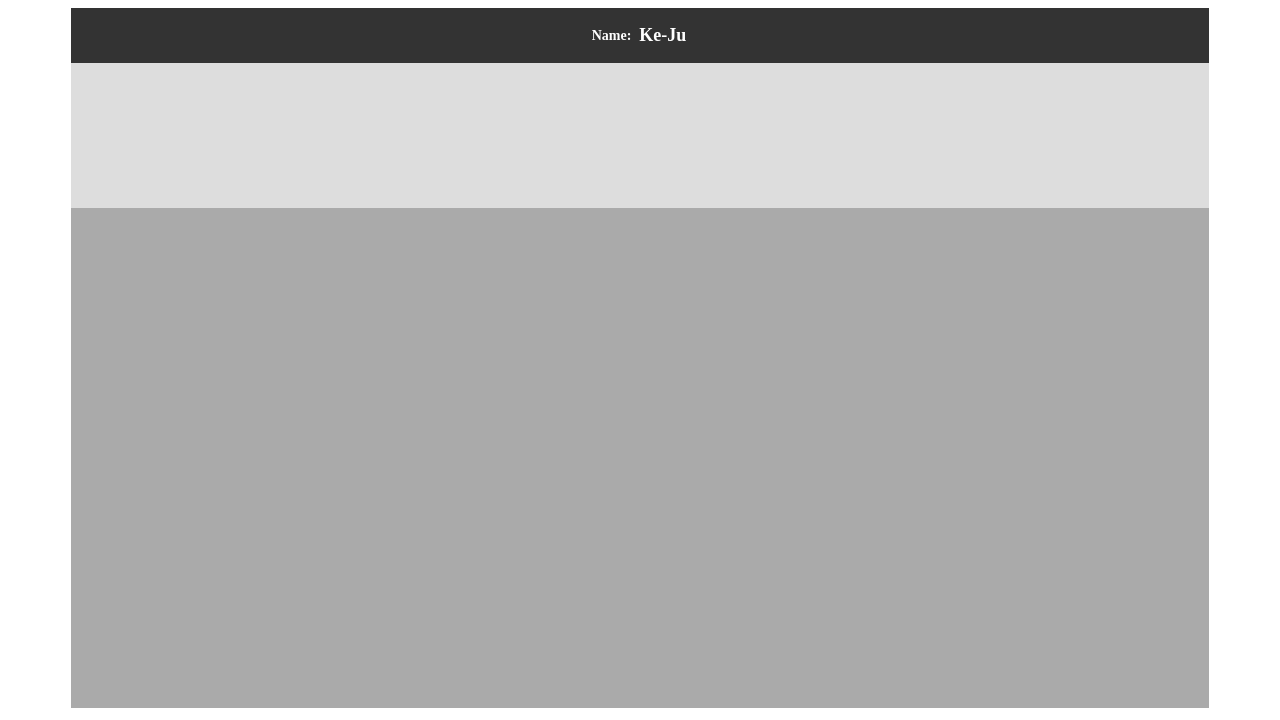
Repository: kerudai/mdiat3126nextapp
Page: /
An editor plug-in stored every save of this project. The page is shown before and after the next save, followed by the edit.
The browser window is 1280 px wide. The pictures show the whole page.
The project was rebuilt for these pictures with package versions that can differ from the ones it lists, and the page was loaded fresh each time. The framework's server and built-in components were replaced by stand-ins that run in the browser.

Above is the page before, as saved 2020-09-29 16:14:16.

### pages/_app.js
import './app.scss';

function MyApp({ Component, pageProps }) {
  return <Component {...pageProps} />
}

export default MyApp

### pages/index.js
import Header from '../comps/Header';

export default function Home() {
  return (
    <div className="main">
      <div className="header">
        <Header />
      </div>
      <div className="contents">
        <div></div>
        <div></div>
        <div></div>
        <div></div>
        <div></div>
        <div></div>
        <div></div>
      </div>
    </div>
  )
}

### pages/app.scss


@import './index.scss';

### comps/Header/index.js
import React from 'react';
import styled, {css} from 'styled-components';

const HeadTitle = styled.h1`
    font-size: 18px;
    color: ${props=>props.color ? props.color : "#FFF"};
    padding: 5px;
    ${props=>props.highlight === true && css`
    background-color: #F5A;
    margin: 10px;
    `}
`;

const SubHeadTitle = styled(HeadTitle)`
    font-size: 14px;
    padding: 3px;
`;

const HeadBox = styled.div`
    background-color: #333;
    display: flex;
    align-items: center;
    justify-content: center;
`;

const Header = ({color, highlight}) => {
    return <HeadBox>
        <SubHeadTitle color={color}>Name: </SubHeadTitle>
        <HeadTitle highlight={highlight}>Ke-Ju</HeadTitle>
    </HeadBox>;
}

Header.defaultProps = {
    color: null,
    highlight: null
};

export default Header;

### pages/index.scss
.main {
    width: 90%;
    margin: auto;

    .header {
        min-height: 200px;
        background-color: #DDD;
    }

    .contents {
        min-height: 500px;
        display: flex;
        background-color: #AAA;
    }
}

After the next save:
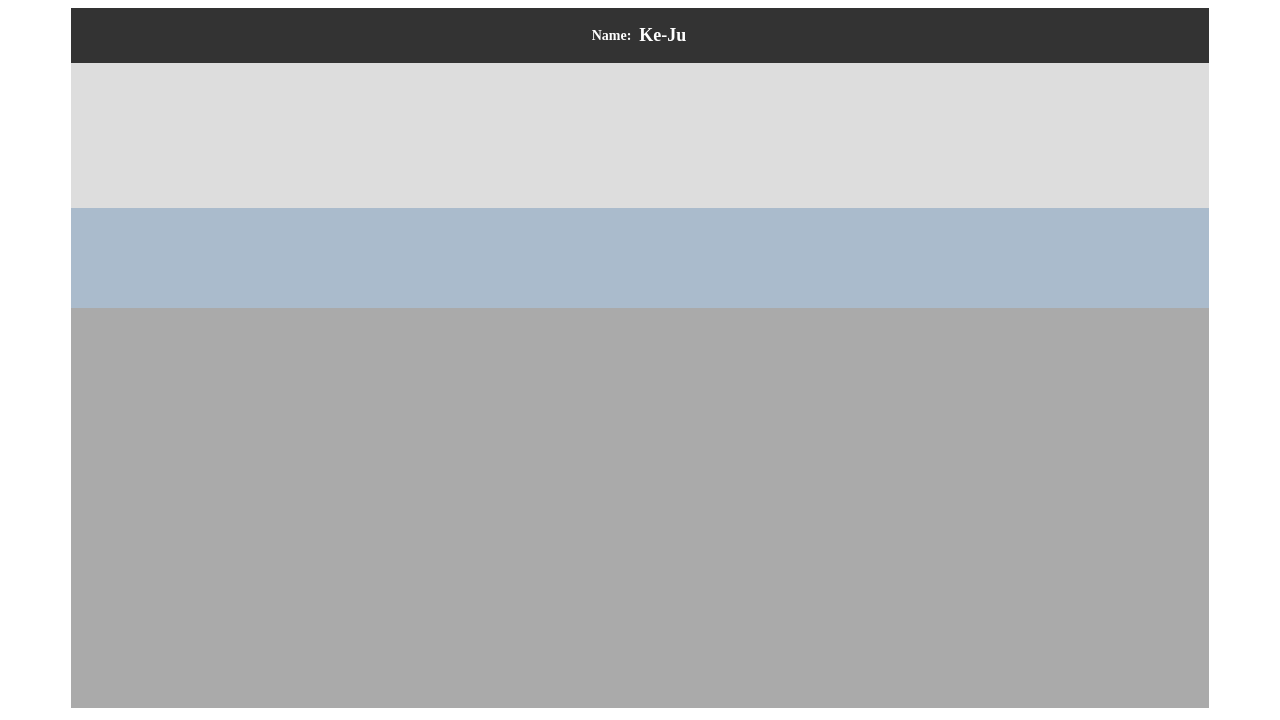
Saved 49 s later.
--- a/pages/index.scss
+++ b/pages/index.scss
@@ -11,5 +11,11 @@
         min-height: 500px;
         display: flex;
         background-color: #AAA;
+
+        div {
+            background-color: #ABC;
+            flex: 1;
+            height: 100px;
+        }
     }
 }
